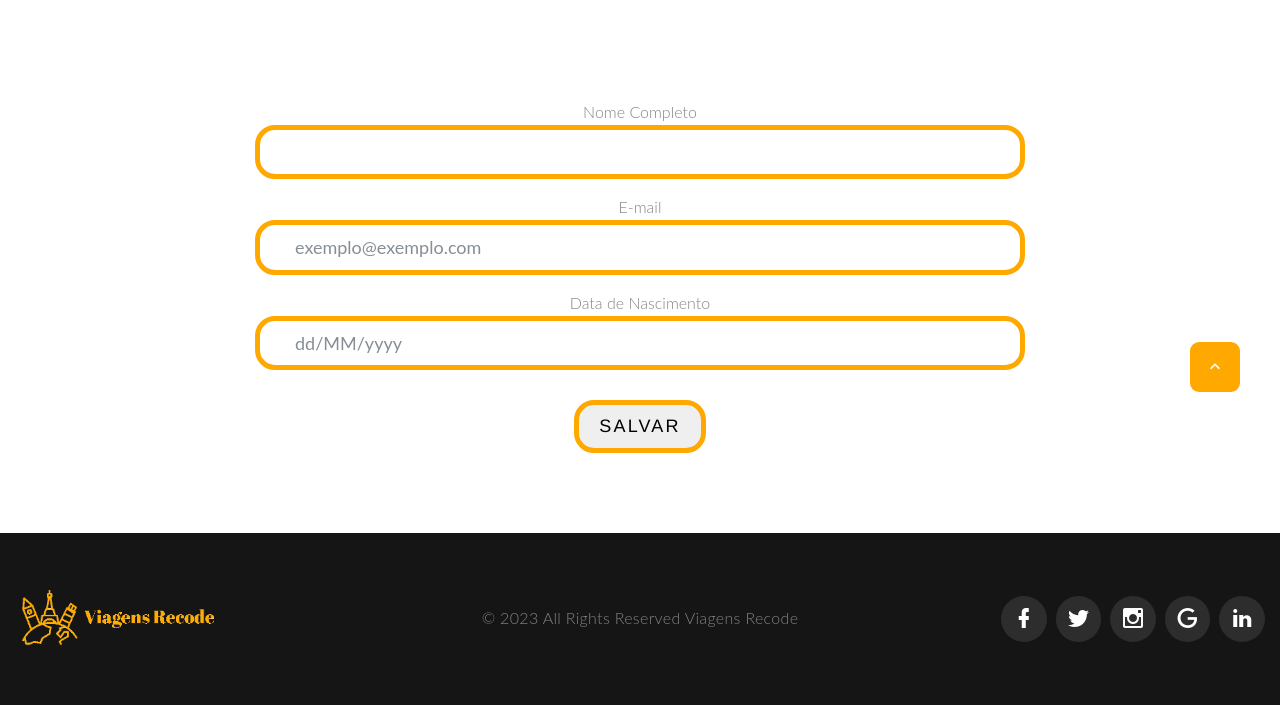
Repository: LiraS23/RecodePro2023-Modulo-4
Page: http://localhost/Modulo4/editarCliente.jsp
These files come from the project's save history. The page is drawn as it stood at one moment and after the next save; the edit follows.
The browser window is 1280 px wide. The pictures show the part of the page from y = 388 to 1093 px (the page is 1093 px tall before and 1071 px after).
Some web fonts or font styles are not loaded; a fallback is used. The page is served by Tomcat 10.

Above is the page before, as saved 2023-11-02 17:50:14.

After the next save:
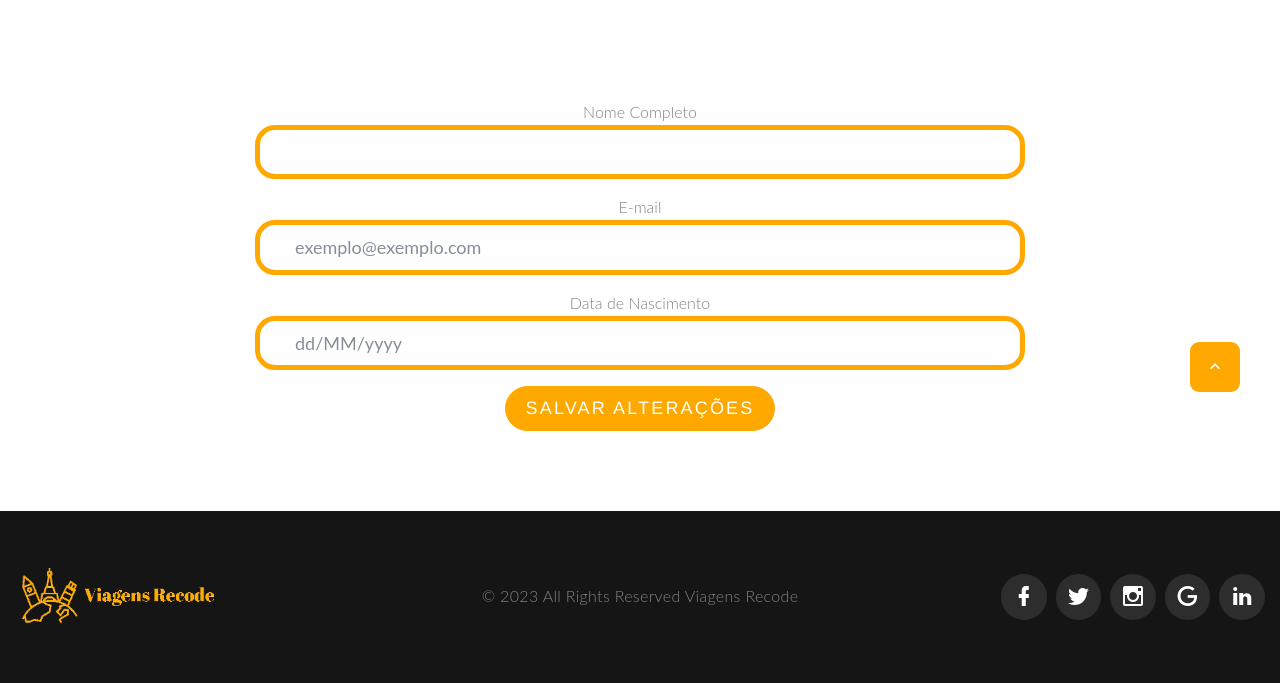
Saved 33 s later.
--- a/java/Modulo4/src/main/webapp/editarCliente.jsp
+++ b/java/Modulo4/src/main/webapp/editarCliente.jsp
@@ -110,13 +110,9 @@
 									placeholder="dd/MM/yyyy" data-constraints="@Required"
 									style="border: 5px solid #FFA900; border-radius: 20px;">
 							</div>
-							<div class="col-sm-12 offset-custom-1">
-								<div class="form-button">
-									<button class="btn btn-secondary"
-										style="border: 5px solid #FFA900; border-radius: 20px;"
-										type="button" onclick="atualizarCliente()">Salvar</button>
-								</div>
-							</div>
+							<button type="button" id="saveChangesButton"
+								class="btn btn-primary" onclick="atualizarPacote()">Salvar
+								Alterações</button>
 						</form>
 					</div>
 				</div>
